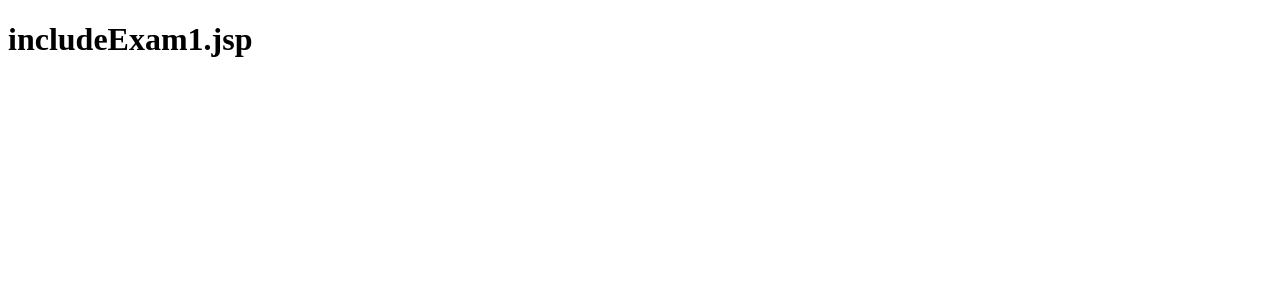
Repository: lty516/jspwork
Page: http://localhost/myjsp2/actiontag/includeExam4.jsp
The author's editor kept a copy of each file at every save. The page is drawn from the files as they stood at one save, then again after the next save.
The browser window is 1280 px wide. The pictures show the whole page.
The page is served by Tomcat 9.

Above is the page before, as saved 2020-08-14 00:44:47.

After the next save:
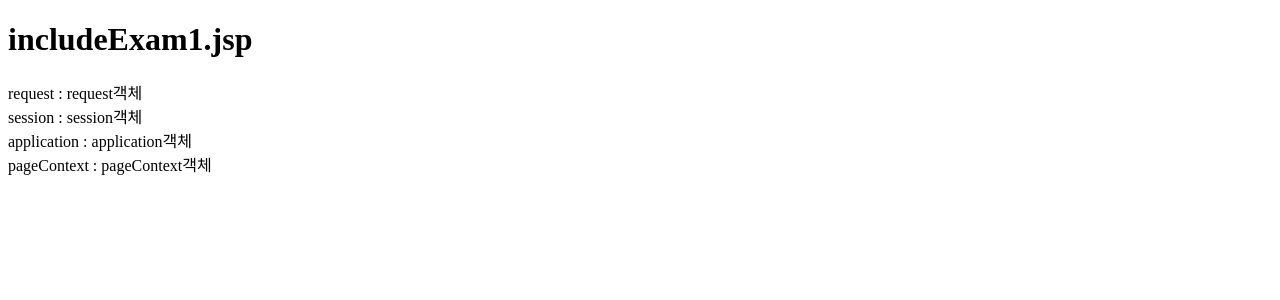
Saved 72 s later.
--- a/myjsp2/WebContent/actiontag/includeExam4.jsp
+++ b/myjsp2/WebContent/actiontag/includeExam4.jsp
@@ -14,5 +14,10 @@
 		application.setAttribute("first","application객체");
 		pageContext.setAttribute("first","pageContext객체");
 	%>
+
+	request : <%= request.getAttribute("first") %> <br>
+	session : <%= session.getAttribute("first") %> <br>
+	application : <%= application.getAttribute("first") %> <br>
+	pageContext : <%= pageContext.getAttribute("first") %> <br>
 </body>
 </html>
